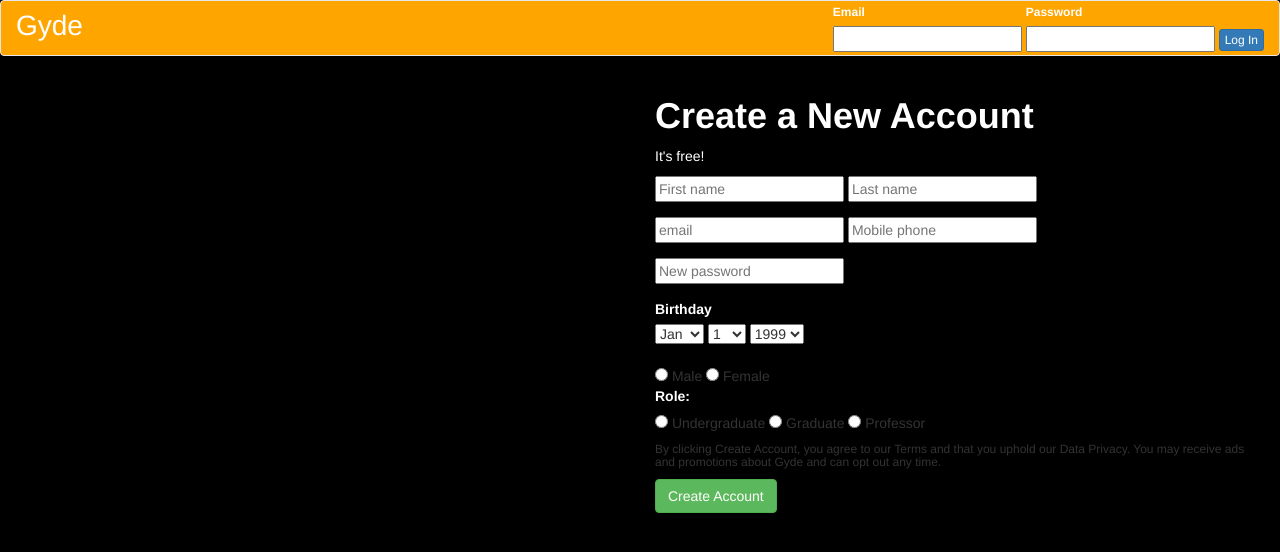
Repository: JonyValen/education-platform
Page: http://localhost/
The author's editor kept a record of every edit. The page is drawn from the files as they stood at one moment, then again after the next edit.
The browser window is 1280 px wide. The pictures show the whole page.
The page is served by the project's Node server (gyde/app.js). Other server files are loaded and not shown.

Above is the page before.

### workspace/gyde/views/root.ejs
<% include ./partials/regHeader %>

<div class="container">
    <h1><strong>Create a New Account</strong></h1>
    <p>It's free!</p>
    <form action="/register" method="POST">
       <div class="form-group">
          <input type="text" name="first" placeholder="First name" required>
          <input type="text" name="last" placeholder="Last name" required>
        </div>
      <div class="form-group">
          <input type="email" name="email" placeholder="email" required>
          <input type="number" name="number" placeholder="Mobile phone" required>
      </div>
      <div class="form-group">
         <input type="password" name="password" placeholder="New password" minlength="9" required>
      </div>
      <label for="birthday">Birthday</label>
      <div id="birthday">
         <select name="month">
            <option value="Jan">Jan</option>
            <option value="Feb">Feb</option>
            <option value="Mar">Mar</option>
            <option value="Apr">Apr</option>
            <option value="May">May</option>
            <option value="Jun">Jun</option>
            <option value="Jul">Jul</option>
            <option value="Aug">Aug</option>
            <option value="Sep">Sep</option>
            <option value="Oct">Oct</option>
            <option value="Nov">Nov</option>
            <option value="Dec">Dec</option>
         </select>
         <select name="day">
            <option value="1">1</option>
            <option value="2">2</option>
            <option value="3">3</option>
            <option value="4">4</option>
            <option value="5">5</option>
            <option value="6">6</option>
            <option value="7">7</option>
            <option value="8">8</option>
            <option value="9">9</option>
            <option value="10">10</option>
            <option value="11">11</option>
            <option value="12">12</option>
            <option value="13">13</option>
            <option value="14">14</option>
            <option value="15">15</option>
            <option value="16">16</option>
            <option value="17">17</option>
            <option value="18">18</option>
            <option value="19">19</option>
            <option value="20">20</option>
            <option value="21">21</option>
            <option value="22">22</option>
            <option value="23">23</option>
            <option value="24">24</option>
            <option value="25">25</option>
            <option value="26">26</option>
            <option value="27">27</option>
            <option value="28">28</option>
            <option value="29">29</option>
            <option value="30">30</option>
            <option value="31">31</option>
         </select>
         <select name="year">
           <option value="1999">1999</option>
           <option value="1998">1998</option>
           <option value="1997">1997</option>
           <option value="1996">1996</option>
           <option value="1995">1995</option>
           <option value="1994">1994</option>
           <option value="1993">1993</option>
           <option value="1992">1992</option>
           <option value="1991">1991</option>
           <option value="1990">1990</option>
           <option value="1989">1989</option>
           <option value="1988">1988</option>
           <option value="1987">1987</option>
           <option value="1986">1986</option>
           <option value="1985">1985</option>
           <option value="1984">1984</option>
           <option value="1983">1983</option>
           <option value="1982">1982</option>
           <option value="1981">1981</option>
           <option value="1980">1980</option>
           <option value="1979">1979</option>
           <option value="1978">1978</option>
           <option value="1977">1977</option>
           <option value="1976">1976</option>
         </select>
      </div>
      <br>

     <div>
        <input type="radio" name="gender" value="male" required> Male
        <input type="radio" name="gender" value="female" required> Female
     </div>
     <label for="role">Role:</label>
     <div id="role">
        <input type="radio" name="role" value="Undergraduate" required> Undergraduate
        <input type="radio" name="role" value="Graduate" required> Graduate
        <input type="radio" name="role" value="Professor" required> Professor
     </div>
     <h6>By clicking Create Account, you agree to our Terms and that you uphold our Data Privacy. You may receive ads and promotions about Gyde
      and can opt out any time.</h6>
     <button type="submit" class="btn btn-success">Create Account</button>
    </form>
</div>

<% include ./partials/footer %>

### workspace/gyde/views/partials/regHeader.ejs
<!DOCTYPE html>
<html>
    <head>
        <title>Gyde Research & Education</title>
        <link href="https://maxcdn.bootstrapcdn.com/bootstrap/3.3.7/css/bootstrap.min.css" rel="stylesheet">
        <link rel="stylesheet" href="/stylesheets/root/root.css" type="text/css">
    </head>
    <body>
        <nav class="navbar navbar-default" id="topNav">
            <div class="container-fluid">
               <div class="navbar-header">
                  <a id="gyde" class="navbar-brand" href="/">Gyde</a>
               </div>
            <div class="collapse navbar-collapse">
            <ul class="nav navbar-nav navbar-right">
               <% if(!currentUser) { %>
                   <form class="form-inline" action="/login" method="POST">
                      <div class="form-group" id="login1">
                         <label for="email" id="label1">Email</label><br />
                         <input type="text" id="email" name="email">
                      </div>
                      <div class="form-group" id="login2">
                          <label for="password" id="label2">Password</label><br />
                          <div>
                             <input type="password" id="password" name="password">
                             <button class="btn btn-primary btn-xs">Log In</button>
                          </div>

                      </div>

                    </form>
               <% } else{ %>
                   <li><a href="#">Signed in as: <%= currentUser.first + ' ' + currentUser.last %></a></li>
                   <li><a href="/logout">Logout</a></li>
               <% } %>


            </ul>
            </div>
            </div>

         </nav>

### workspace/gyde/app.js
var express = require("express");
var app = express();
var bodyParser = require("body-parser");
var mongoose = require("mongoose");
var passport = require("passport");
var local = require("passport-local");
var Student = require("./models/students");
var passportLocalMongooseEmail = require('passport-local-mongoose-email');

var indexRoutes = require("./routes/index");
var homeRoute = require("./routes/home");

mongoose.connect("mongodb://localhost/gyde", {useMongoClient: true});



app.use(bodyParser.urlencoded({extended: true}));
app.set("view engine", "ejs");

app.use(express.static(__dirname + '/public'));

app.listen(process.env.PORT, process.env.IP, function(){
    console.log("server started");
});


app.use(require("express-session")({
    secret:"ready to go",
    resave: false,
    saveUninitialized: false
}));


app.use(passport.initialize());
app.use(passport.session());
passport.use(new local({
    usernameField: 'email',
  },Student.authenticate()));
passport.serializeUser(Student.serializeUser());
passport.deserializeUser(Student.deserializeUser());

app.use(function(req, res, next){
    res.locals.currentUser = req.user;
    next();
});

app.use(indexRoutes);
app.use("/home", homeRoute);

### workspace/gyde/routes/index.js
var express = require("express");
var router = express.Router();
var passport = require("passport");
var Student = require("../models/students");



//root route
router.get("/", function(req, res){
    res.render("root");
});

//register
router.get("/register", function(req, res){
    res.render("root");
});


router.post("/register", function(req, res){
    var first = req.body.first;
    var last = req.body.last;
    var dob = req.body.month + "/" + req.body.day + "/" + req.body.year;
    var address = req.body.address;
    var phone = parseInt(req.body.phone);
    var email = req.body.email;
    var password = req.body.password;
    var gender = req.body.gender;
    var role = req.body.role;
    Student.register(new Student({username: req.body.email }), req.body.password, function(err, user){
        if(err){
            console.log(err);
            return res.render("root");
        }
        var newStudent = {
            first: first,
            last: last,
            dob: dob,
            address: address,
            phone: phone,
            email: email,
            password: password,
            gender: gender,
            role: role
        };
        Student.create(newStudent, function(err, newlyCreated){
            if(err){
                console.log(err);
            }else{
                res.redirect("/");
            }
        })
        passport.authenticate("local")(req, res, function(){
            res.redirect("/home");
        });
    });
});

//login
router.get("/login", function(req, res){
    res.render("root");
});
router.post("/login", passport.authenticate("local", {successRedirect: "/home", failureRedirect: "/"}), function(req, res){
    Student.register(new Student({username: req.body.email}), req.body.password, function(err, user){
        if(err){
            console.log("something went wrong");
            return res.render("root");
        }
        passport.authenticate("local")(req, res, function(){
            res.redirect("/home");
        });

     });
});

router.get("/logout", function(req, res){
    req.logout();
    res.redirect("/");
});


function isLoggedIn(req, res, next){
    if(req.isAuthenticated()){
        return next();
    }
    res.redirect("/");
}


module.exports = router;

### workspace/gyde/public/stylesheets/root/root.css
#topNav{
    background: orange;
}

body{
    background: black;
}

#gyde{
    color: white;
    font-size: 28px;
}

#label1{
    color: white;
    font-size: 12px;
}

#label2{
    color: white;
    font-size: 12px;
}

#login1{
    display: inline-block;
    padding-bottom: 3px;
}

#login2{
    display: inline-block;
    padding-bottom: 3px;
}

button{
    padding-bottom: 3px;
}

.container{
    float: right;
    text-align: left;
    width: 50%;
}

p{
    color: white;
}

h1{
    color: white;
}

label{
    color: white;
}

Loaded but not shown: workspace/gyde/views/partials/footer.ejs (common file)

After the next edit:
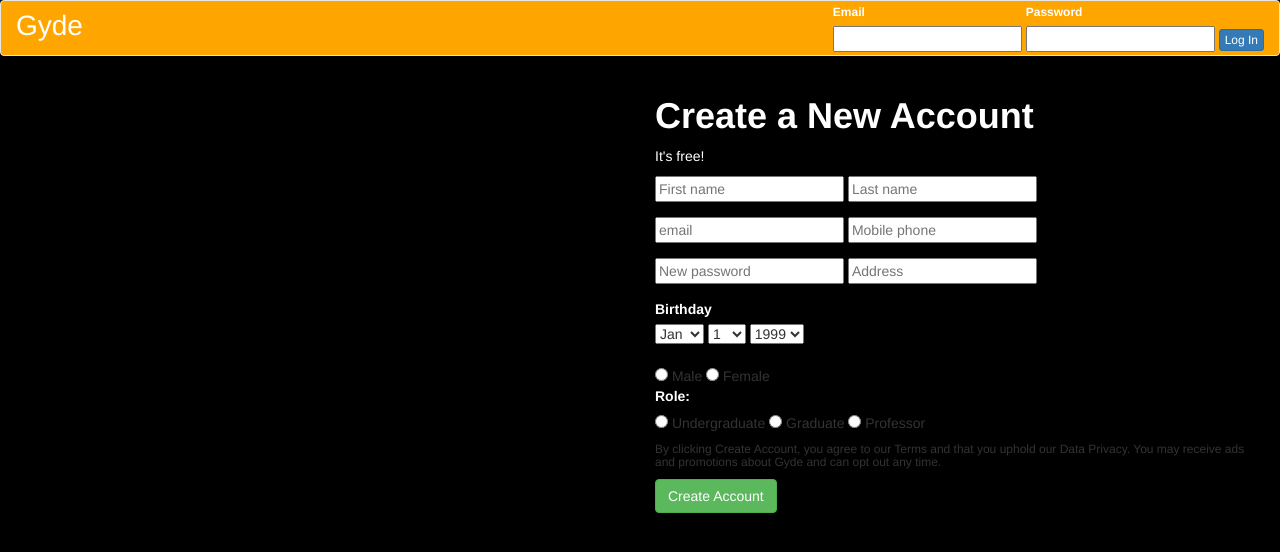
The edit:
--- a/workspace/gyde/views/root.ejs
+++ b/workspace/gyde/views/root.ejs
@@ -14,6 +14,7 @@
       </div>
       <div class="form-group">
          <input type="password" name="password" placeholder="New password" minlength="9" required>
+         <input type="text" name="address" placeholder="Address" required>
       </div>
       <label for="birthday">Birthday</label>
       <div id="birthday">
